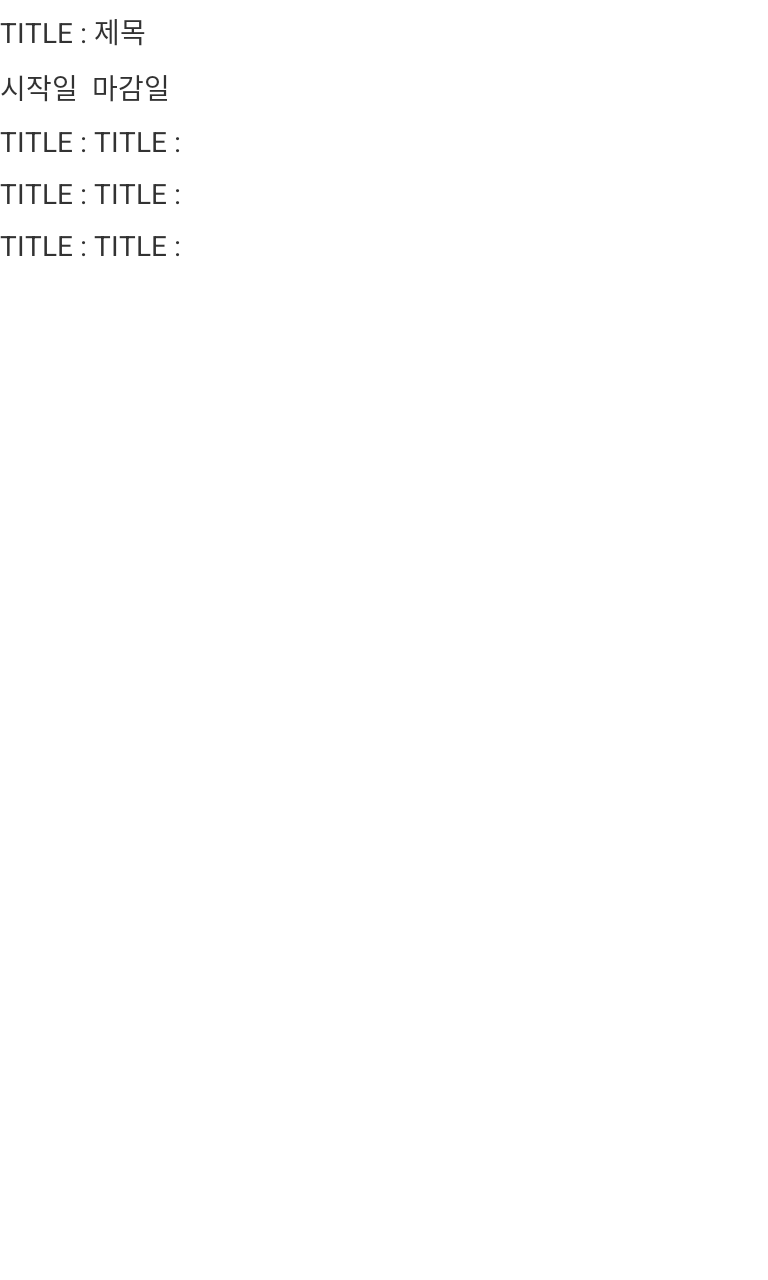
Repository: chlduq04/java
Layout: Culturemap/res/layout/detail.xml
These files come from the project's save history. The layout is drawn as it stood at one moment and after the next save; the edit follows.
It is drawn on a 768 x 1280 px phone screen (xhdpi) without system bars, with theme AppTheme; the app's code is not run.

Above is the layout before, as saved 2012-07-23 06:54:38.

### Culturemap/res/layout/detail.xml
<?xml version="1.0" encoding="utf-8"?>
<LinearLayout xmlns:android="http://schemas.android.com/apk/res/android"
    android:layout_width="match_parent"
    android:layout_height="match_parent"
    android:orientation="vertical" >

    <LinearLayout
        android:layout_width="match_parent"
        android:layout_height="wrap_content"
        android:layout_weight="0.15"
        android:orientation="vertical" >

        <LinearLayout
            android:layout_width="fill_parent"
            android:layout_height="wrap_content"
            android:layout_weight="1"
            android:paddingTop="5dip" >

            <TextView
                android:layout_width="wrap_content"
                android:layout_height="wrap_content"
                android:text="TITLE : " >
            </TextView>

            <TextView
                android:layout_width="wrap_content"
                android:layout_height="wrap_content"
                android:text="제목" >
            </TextView>
        </LinearLayout>

        <LinearLayout
            android:layout_width="fill_parent"
            android:layout_height="wrap_content"
            android:layout_weight="1"
            android:paddingTop="5dip" >

            <TextView
                android:layout_width="wrap_content"
                android:layout_height="wrap_content"
                android:text="시작일  " >
            </TextView>

            <TextView
                android:layout_width="wrap_content"
                android:layout_height="wrap_content"
                android:text="마감일" >
            </TextView>
        </LinearLayout>

        <LinearLayout
            android:layout_width="fill_parent"
            android:layout_height="wrap_content"
            android:layout_weight="1"
            android:paddingTop="5dip" >

            <TextView
                android:layout_width="wrap_content"
                android:layout_height="wrap_content"
                android:text="TITLE : " >
            </TextView>

            <TextView
                android:layout_width="wrap_content"
                android:layout_height="wrap_content"
                android:text="TITLE : " >
            </TextView>
        </LinearLayout>

        <LinearLayout
            android:layout_width="fill_parent"
            android:layout_height="wrap_content"
            android:layout_weight="1"
            android:paddingTop="5dip" >

            <TextView
                android:layout_width="wrap_content"
                android:layout_height="wrap_content"
                android:text="TITLE : " >
            </TextView>

            <TextView
                android:layout_width="wrap_content"
                android:layout_height="wrap_content"
                android:text="TITLE : " >
            </TextView>
        </LinearLayout>

        <LinearLayout
            android:layout_width="fill_parent"
            android:layout_height="wrap_content"
            android:layout_weight="1"
            android:paddingTop="5dip" >

            <TextView
                android:layout_width="wrap_content"
                android:layout_height="wrap_content"
                android:text="TITLE : " >
            </TextView>

            <TextView
                android:layout_width="wrap_content"
                android:layout_height="wrap_content"
                android:text="TITLE : " >
            </TextView>
        </LinearLayout>
    </LinearLayout>

    <LinearLayout
        android:layout_width="match_parent"
        android:layout_height="wrap_content"
        android:layout_weight="6"
        android:orientation="vertical" >
    </LinearLayout>

    <LinearLayout
        android:layout_width="match_parent"
        android:layout_height="wrap_content"
        android:layout_weight="1"
        android:orientation="vertical" >
    </LinearLayout>

</LinearLayout>

Loaded but not shown: Culturemap/res/values/styles.xml (common file)

After the next save:
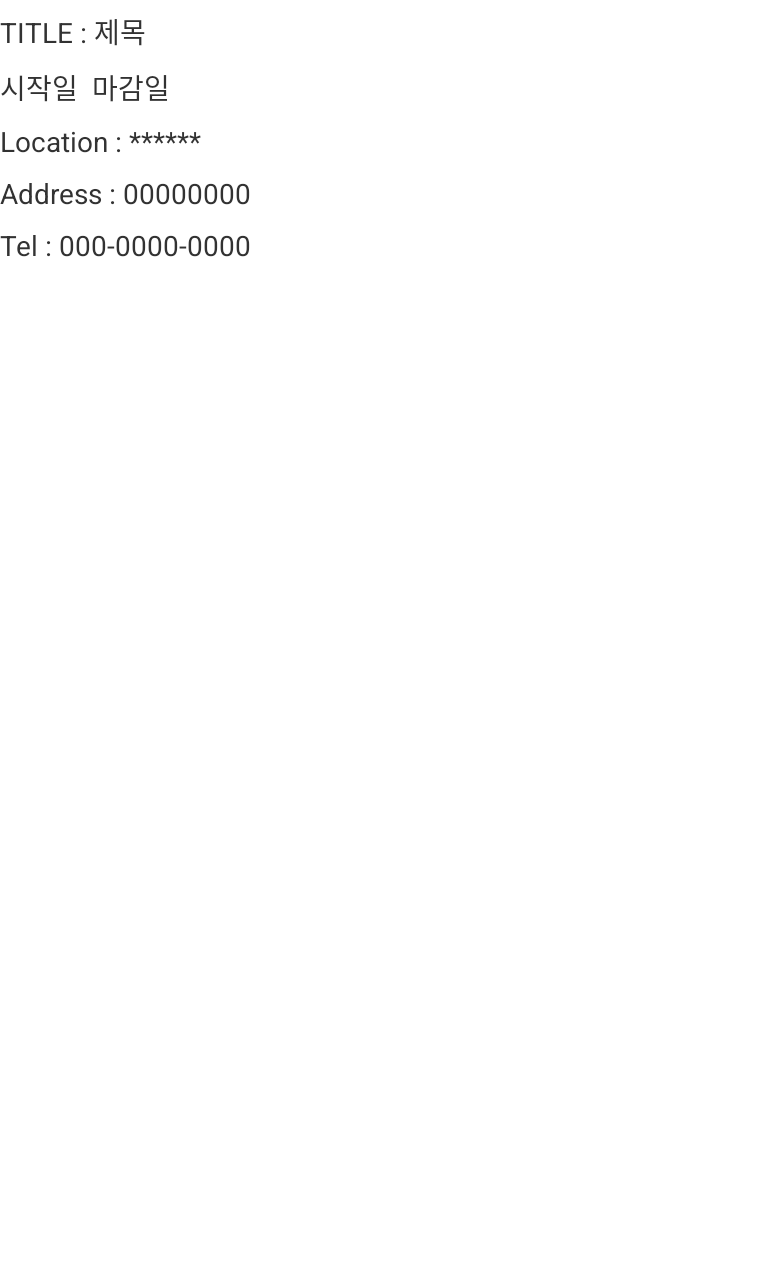
Saved 92 s later.
--- a/Culturemap/res/layout/detail.xml
+++ b/Culturemap/res/layout/detail.xml
@@ -57,13 +57,13 @@
             <TextView
                 android:layout_width="wrap_content"
                 android:layout_height="wrap_content"
-                android:text="TITLE : " >
+                android:text="Location : " >
             </TextView>
 
             <TextView
                 android:layout_width="wrap_content"
                 android:layout_height="wrap_content"
-                android:text="TITLE : " >
+                android:text="******" >
             </TextView>
         </LinearLayout>
 
@@ -76,13 +76,13 @@
             <TextView
                 android:layout_width="wrap_content"
                 android:layout_height="wrap_content"
-                android:text="TITLE : " >
+                android:text="Address : " >
             </TextView>
 
             <TextView
                 android:layout_width="wrap_content"
                 android:layout_height="wrap_content"
-                android:text="TITLE : " >
+                android:text="00000000" >
             </TextView>
         </LinearLayout>
 
@@ -95,13 +95,13 @@
             <TextView
                 android:layout_width="wrap_content"
                 android:layout_height="wrap_content"
-                android:text="TITLE : " >
+                android:text="Tel : " >
             </TextView>
 
             <TextView
                 android:layout_width="wrap_content"
                 android:layout_height="wrap_content"
-                android:text="TITLE : " >
+                android:text="000-0000-0000" >
             </TextView>
         </LinearLayout>
     </LinearLayout>
